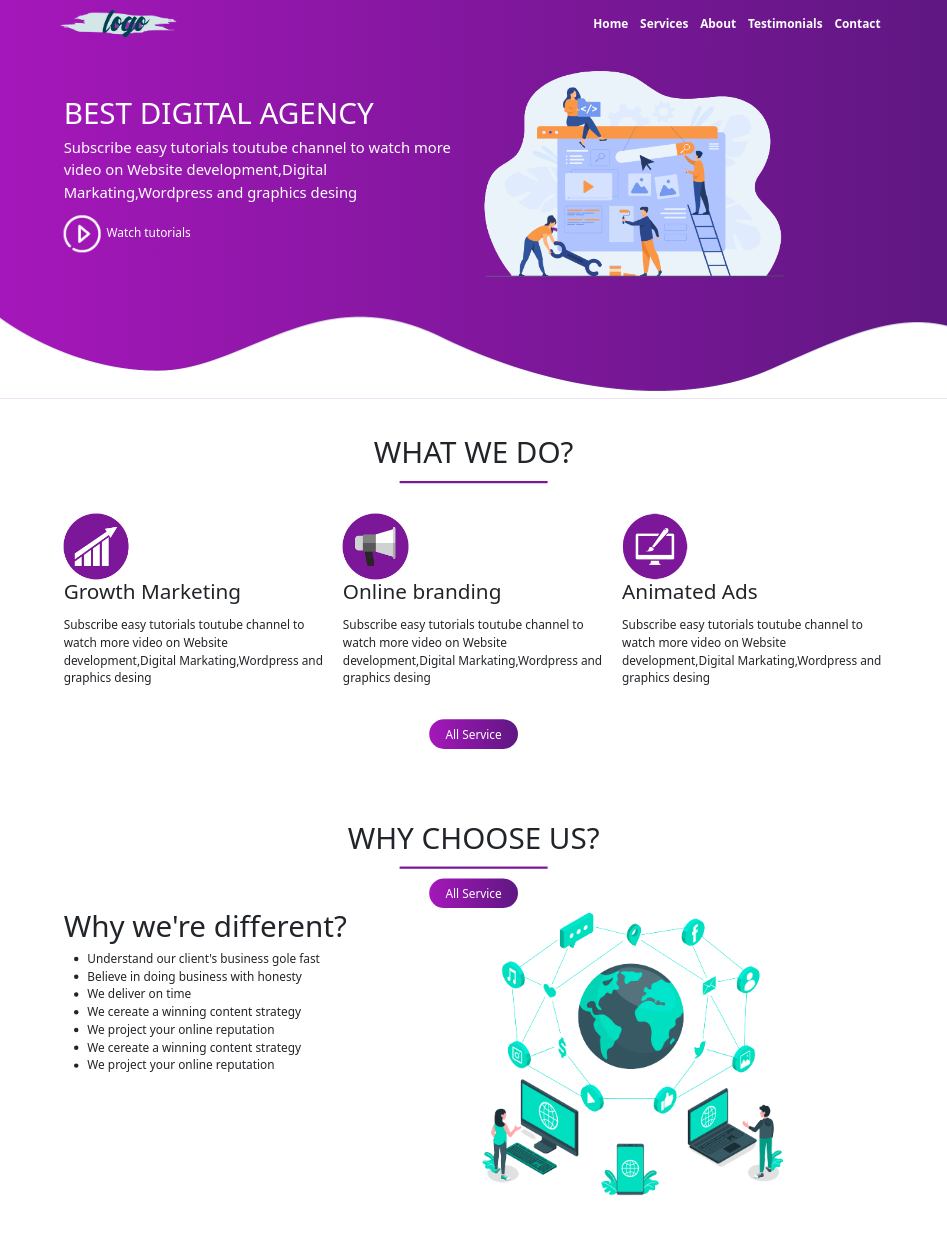
Repository: zjria/PSD-to-HTML-DIGITAL-AGENCY
Page: index.html
These files come from the project's save history. The page is drawn as it stood at one moment and after the next save; the edit follows.
The browser window is 1280 px wide. The pictures show the whole page, at 74% of full size.
Some web libraries are served in a nearby version.

Above is the page before, as saved 2022-05-11 08:46:35.

### index.html
<!doctype html>
<html lang="en">
  <head>
    <!-- Required meta tags -->
    <meta charset="utf-8">
    <meta name="viewport" content="width=device-width, initial-scale=1">
    <title>DIGITAL AGENCY</title>
    <!-- Bootstrap CSS -->
    <link href="https://cdn.jsdelivr.net/npm/bootstrap@5.0.2/dist/css/bootstrap.min.css" rel="stylesheet">
    <!-- Font awesome link-->
    <link rel="stylesheet" href="https://cdnjs.cloudflare.com/ajax/libs/font-awesome/6.1.1/css/all.min.css">
    <!-- custom CSS  -->
    <link rel="stylesheet" href="css/style.css">
  </head>
  <body>
    <!-- Navbar Section Start -->
    <section class="header">
        <nav class="navbar navbar-expand-md fixed-top">
            <div class="container">
                <a href="#" class="navbar-brand">
                    <img src="img/h_logo.png" alt="" class="menu-icon img-fluid w-50">
                </a>
                <button class="navbar-toggler" data-bs-target="#menunavbarlink" data-bs-toggle="collapse" type="button">
                    <span class="navbar-toggler-icon"></span>
                </button>
                <div class="collapse navbar-collapse fw-bold " id="menunavbarlink">
                  <ul class="navbar-nav ms-auto ">
                    <li class="nav-item ">
                      <a href="#Home" class="nav-link text-white">Home</a>
                    </li>
                    <li class="nav-item">
                      <a href="#Services" class="nav-link text-white">Services</a>
                    </li>
                    <li class="nav-item">
                      <a href="#About" class="nav-link text-white">About</a>
                    </li>
                    <li class="nav-item">
                      <a href="#Testimonials" class="nav-link text-white" >Testimonials</a>
                    </li>
                    <li class="nav-item">
                      <a href="#Contact" class="nav-link text-white">Contact</a>
                    </li>
                  </ul>
                </div>
            </div>
        </nav>
    </section>
    <!-- Navbar Section END -->
    <!-- Navbar Section Start -->
    <section class="" id="baner" id="Home">
      <div class="container p-3 py-5">
        <div class="row align-items-center text-white mt-5">
          <div class="col-md-6">
            <h1>BEST DIGITAL AGENCY</h1>
            <p class="lead">Subscribe easy tutorials toutube channel to watch more video on Website development,Digital Markating,Wordpress and graphics desing</p>
            <a href="#"><img src="img/play.png" class="img-fluid me-2 " alt=""><span>Watch tutorials</span></a>
          </div>
          <div class="col-md-6 m-auto">
            <img src="img/heder_logo.png" class="img-fluid w-75" alt="">
          </div>
        </div>
      </div>
      <img src="img/wave1.png" alt="" class="img-wave1 img-fluid">
    </section>
    <!-- Navbar Section END -->

    <!-- Service Section Start -->
      <section class="service-section">
        <div class="container p-3 py-5">
          <div class="row">
            <h1 class="title">WHAT WE DO?</h1>
            <!-- <span></span> -->
          </div>
          <div class="row mt-5">
            <div class="col-12 col-md-4 mb-2">
              <img src="img/service1.png" alt="" class="img-fluid w-25">
              <h3 class="mb-3">Growth Marketing</h3>
              <p>
                Subscribe easy tutorials toutube channel to watch more video on Website development,Digital Markating,Wordpress and graphics desing</p>
            </div>
            <div class="col-12 col-md-4 mb-2">
              <img src="img/service2.png" alt="" class="img-fluid w-25">
              <h3 class="mb-3">Online branding</h3>
              <p>
                Subscribe easy tutorials toutube channel to watch more video on Website development,Digital Markating,Wordpress and graphics desing</p>
            </div>
            <div class="col-12 col-md-4 mb-2">
              <img src="img/service3.png" alt="" class="img-fluid w-25">
              <h3 class="mb-3">Animated Ads</h3>
              <p>
                Subscribe easy tutorials toutube channel to watch more video on Website development,Digital Markating,Wordpress and graphics desing</p>
            </div>
          </div>
          <div class="row">
            <div class="com-12 text-center">
              <button type="button" class="services-button btn">All Service</button>
            </div>
          </div>
        </div>
      </section>
    <!-- Service Section End -->

    <!-- About Section Start -->
    <section class="about-section">
      <div class="container p-3 py-5">
        <div class="row">
          <h1 class="title">WHY CHOOSE US?</h1>
        </div>
        <div class="row">
          <div class="com-12 text-center">
            <button type="button" class="services-button btn">All Service</button>
          </div>
        </div>
        <div class="row">
          <div class="col-md-6">
            <h1>Why we're different?</h1>
            <ul>
              <li>Understand our client's business gole fast</li>
              <li>Believe in doing business with honesty</li>
              <li>We deliver on time</li>
              <li>We cereate a winning content strategy</li>
              <li>We project your online reputation</li>
              <li>We cereate a winning content strategy</li>
              <li>We project your online reputation</li>
            </ul>
          </div>
          <div class="col-md-6">
            <img src="img/networker.png" alt="" class="img-fluid w-75">
          </div>
        </div>
      </div>
    </section>

    <!-- About Section End -->


    <!-- Optional JavaScript; choose one of the two! -->
    <!-- Option 1: Bootstrap Bundle with Popper -->
    <script src="https://cdn.jsdelivr.net/npm/bootstrap@5.0.2/dist/js/bootstrap.bundle.min.js"></script>
  </body>
</html>

### css/style.css
.navbar{
    background-image: linear-gradient(to right, #a517ba,#5f1782)!important;
}
#baner{
    background-image: linear-gradient(to right, #a517ba,#5f1782)!important;
    align-items: center;
    margin: auto;
    justify-content: center;
}
#baner a img{
    width: 50px;
    align-items: center;
    margin: auto;
    justify-content: center;

}
#baner a{
    text-decoration: none;
    color: white;
}
.img-wave1{
    width: 100%;
}

/* Service Section */
.title{
    text-align: center;
}
.title::after{
    content: "";
    display: block;
    background: #7B1798;
    height: 3px;
    width: 200px;
    margin: auto;
    transform: translateY(15px);
}

.services-button {
    background-image: linear-gradient(to right, #a517ba,#5f1782);
    color: white;
    border: none;
    width: 120px;
    height: 40px;
    margin: auto;
    border-radius: 20px;
    margin-top: 20px;
}
/* About Section Start  */

After the next save:
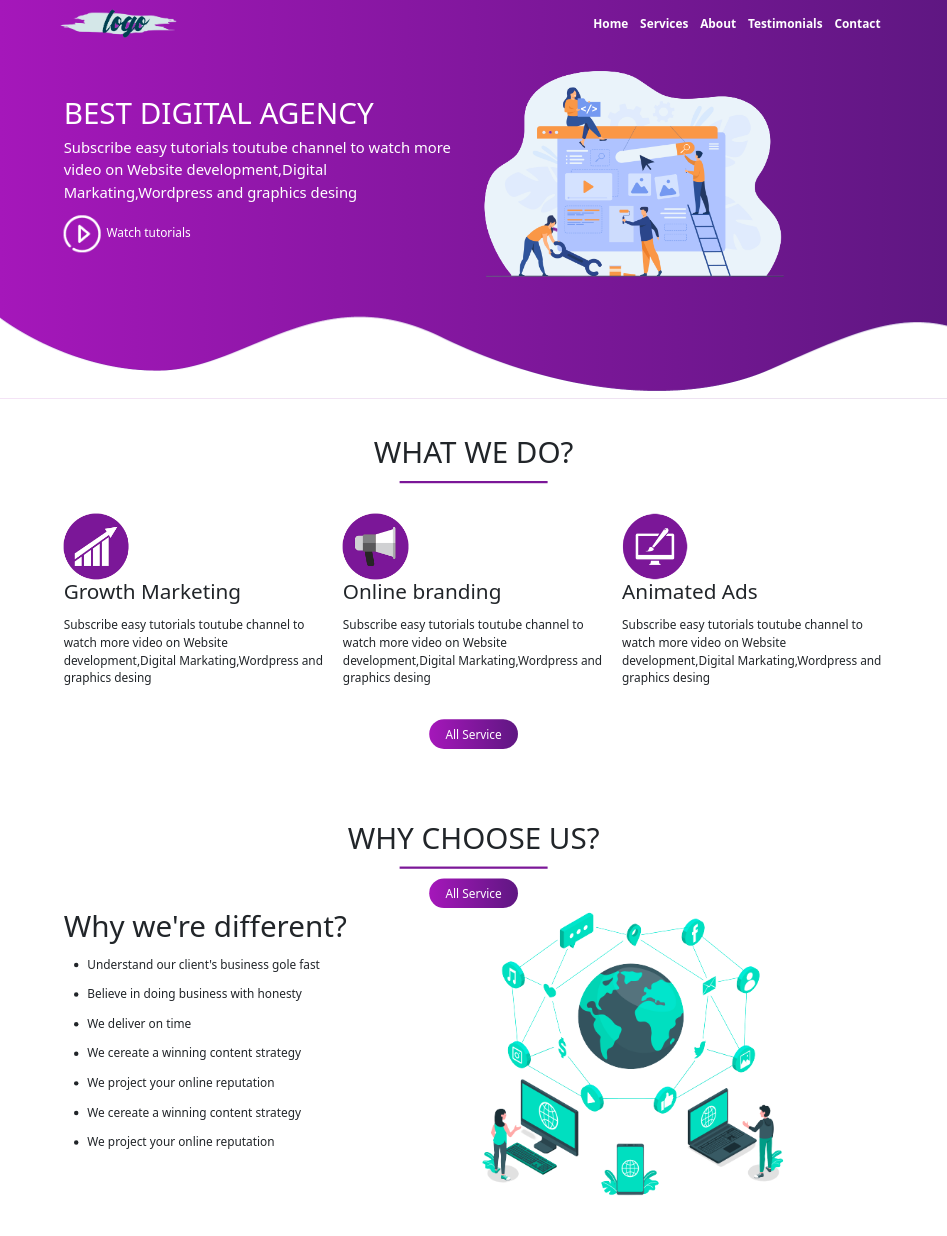
Saved 15 s later.
--- a/index.html
+++ b/index.html
@@ -115,13 +115,13 @@
           <div class="col-md-6">
             <h1>Why we're different?</h1>
             <ul>
-              <li>Understand our client's business gole fast</li>
-              <li>Believe in doing business with honesty</li>
-              <li>We deliver on time</li>
-              <li>We cereate a winning content strategy</li>
-              <li>We project your online reputation</li>
-              <li>We cereate a winning content strategy</li>
-              <li>We project your online reputation</li>
+              <li class="py-2">Understand our client's business gole fast</li>
+              <li class="py-2">Believe in doing business with honesty</li>
+              <li class="py-2">We deliver on time</li>
+              <li class="py-2">We cereate a winning content strategy</li>
+              <li class="py-2">We project your online reputation</li>
+              <li class="py-2">We cereate a winning content strategy</li>
+              <li class="py-2">We project your online reputation</li>
             </ul>
           </div>
           <div class="col-md-6">
